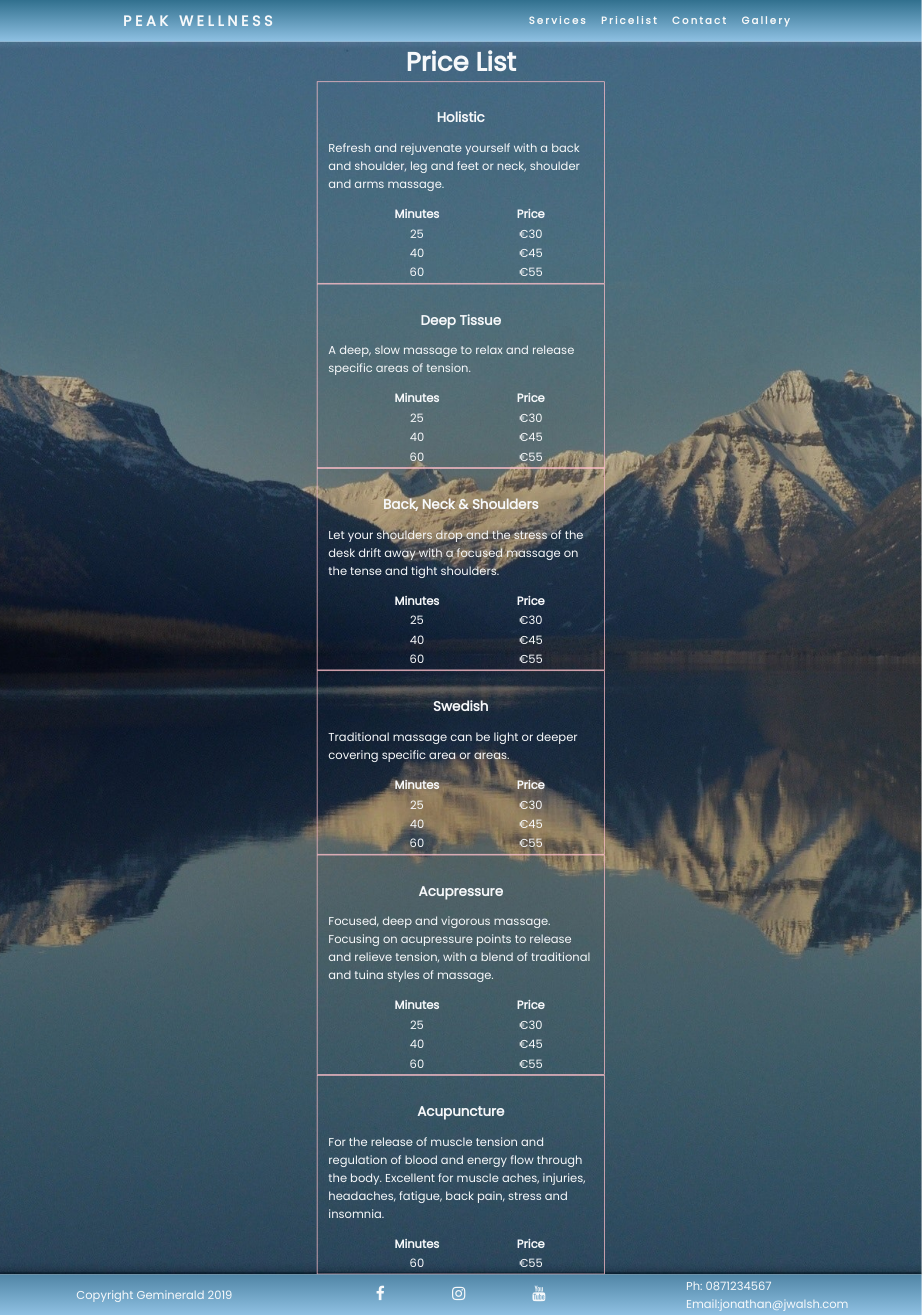
Repository: geminerald/peakwellness
Page: prices.html
The author's editor kept a record of every edit. The page is drawn from the files as they stood at one moment, then again after the next edit.
The browser window is 1280 px wide. The pictures show the whole page, at 72% of full size.

Above is the page before.

After the next edit:
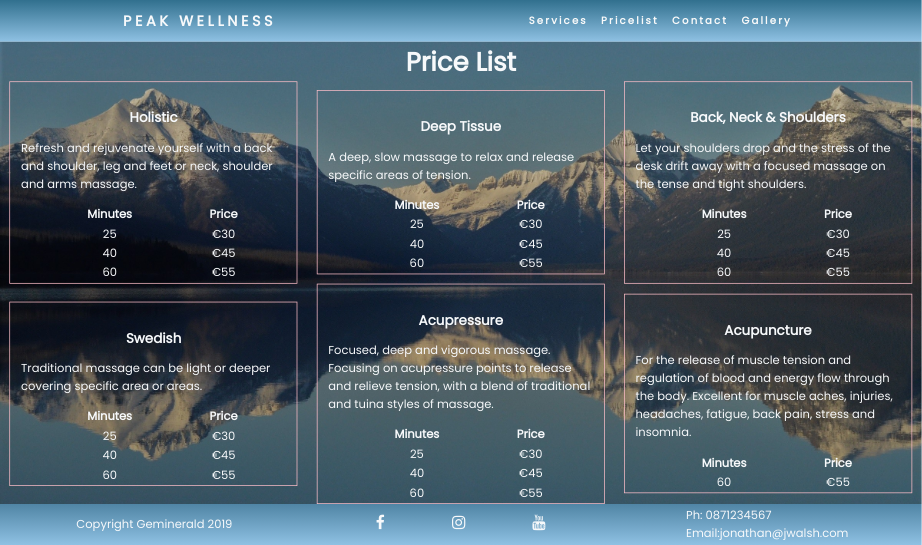
The edit:
--- a/assets/style.css
+++ b/assets/style.css
@@ -47,6 +47,8 @@
     background-position: center;
     background-size: cover;
     opacity: 5;
+    display:flex;
+    flex-flow:row wrap;
 
 }
 
